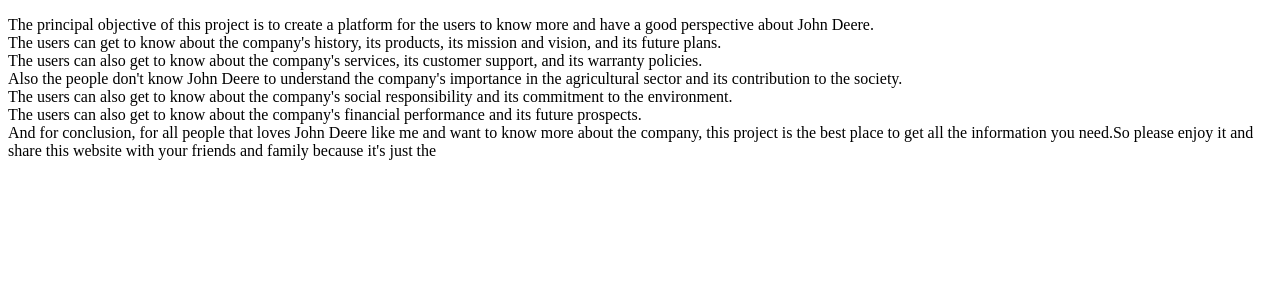
Repository: EduardoJunqueira2004/WEBJohnDeere
Page: aboutus.html
The author's editor kept a copy of each file at every save. The page is drawn from the files as they stood at one save, then again after a run of saves.
The browser window is 1280 px wide. The pictures show the whole page.

Above is the page before, as saved 2024-12-05 11:32:38.

### aboutus.html
<!DOCTYPE html>
<html lang="en">
<head>
    <meta charset="UTF-8">
    <meta name="viewport" content="width=device-width, initial-scale=1.0">
    <title>AboutUs.html</title>
</head>
<body>
    <p>
        The principal objective of this project is to create a platform for the users to know more and have a good perspective about John Deere.<br>
        The users can get to know about the company's history, its products, its mission and vision, and its future plans.<br>
        The users can also get to know about the company's services, its customer support, and its warranty policies.<br>
        Also the people don't know John Deere to understand the company's importance in the agricultural sector and its contribution to the society.<br>
        The users can also get to know about the company's social responsibility and its commitment to the environment.<br>
        The users can also get to know about the company's financial performance and its future prospects.<br>
        And for conclusion, for all people that loves John Deere like me and want to know more about the company, this project is the best place to get all the information you need.So please enjoy it and share this website with your friends and family because it's just the
    </p>
</body>
</html>

After the next 13 saves:
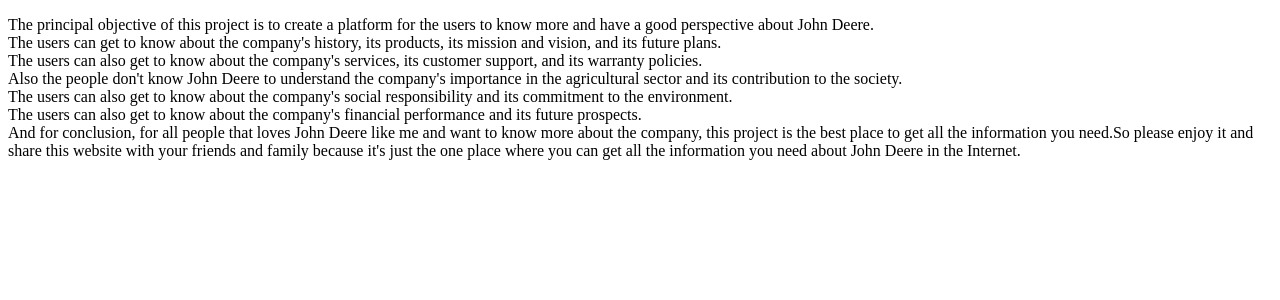
The 13 saves are shown as one change because they came seconds apart.
The last was saved 26 s later.
--- a/aboutus.html
+++ b/aboutus.html
@@ -13,7 +13,8 @@
         Also the people don't know John Deere to understand the company's importance in the agricultural sector and its contribution to the society.<br>
         The users can also get to know about the company's social responsibility and its commitment to the environment.<br>
         The users can also get to know about the company's financial performance and its future prospects.<br>
-        And for conclusion, for all people that loves John Deere like me and want to know more about the company, this project is the best place to get all the information you need.So please enjoy it and share this website with your friends and family because it's just the
+        And for conclusion, for all people that loves John Deere like me and want to know more about the company, this project is the best place to get all the information you need.So please enjoy it and share this website with your friends and family because it's just the one place where you can get all the information you need about John Deere in the Internet.
+
     </p>
 </body>
 </html>
